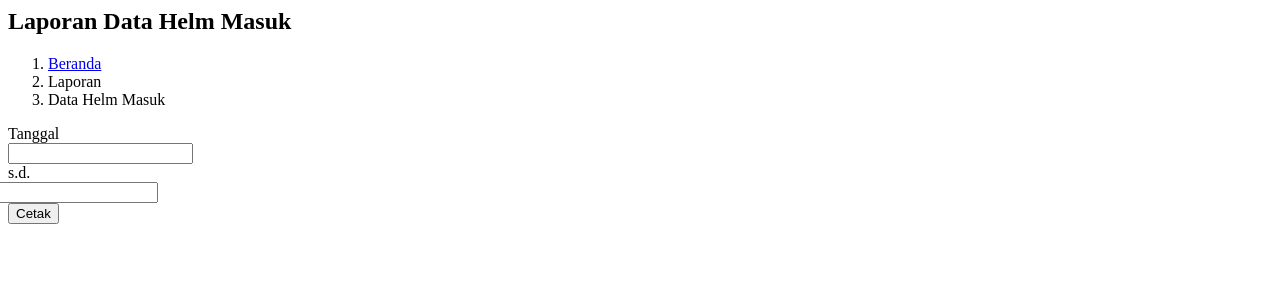
Repository: RezaFirmansyah90/Reza-stokbarang
Page: http://localhost/tcpdf/modules/lap-helm-masuk/view.php?module=beranda
These files come from the project's save history. The page is drawn as it stood at one moment and after the next save; the edit follows.
The browser window is 1280 px wide. The pictures show the whole page.
The page is run by PHP 8.4 with error messages shown; the project is at /var/www/html/.

Above is the page before, as saved 2024-05-12 10:57:51.

After the next save:
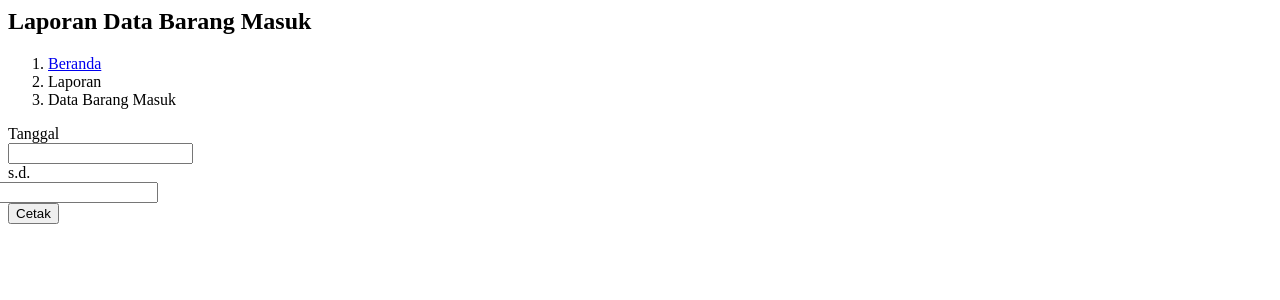
Saved 26 s later.
--- a/modules/lap-helm-masuk/view.php
+++ b/modules/lap-helm-masuk/view.php
@@ -1,22 +1,13 @@
-<!-- Aplikasi Persediaan Obat pada Apotek
-*******************************************************
-* Developer    : Vanny Hadiwijaya, S.Kom
-* Company      : Wijaya Studio
-* Release Date : 14 November 2018
-* Blog         : vannyhadiwijaya.blogspot.com
-* E-mail       : vannyhadiwijaya@gmail.com
-* Phone        : +62-821-3297-2137
--->
 
 <!-- Content Header (Page header) -->
 <section class="content-header">
   <h1>
-    <i class="fa fa-file-text-o icon-title"></i> Laporan Data Helm Masuk
+    <i class="fa fa-file-text-o icon-title"></i> Laporan Data Barang Masuk
   </h1>
   <ol class="breadcrumb">
     <li><a href="?module=beranda"><i class="fa fa-home"></i> Beranda</a></li>
     <li class="active">Laporan</li>
-    <li class="active">Data Helm Masuk</li>
+    <li class="active">Data Barang Masuk</li>
   </ol>
 </section>
 
